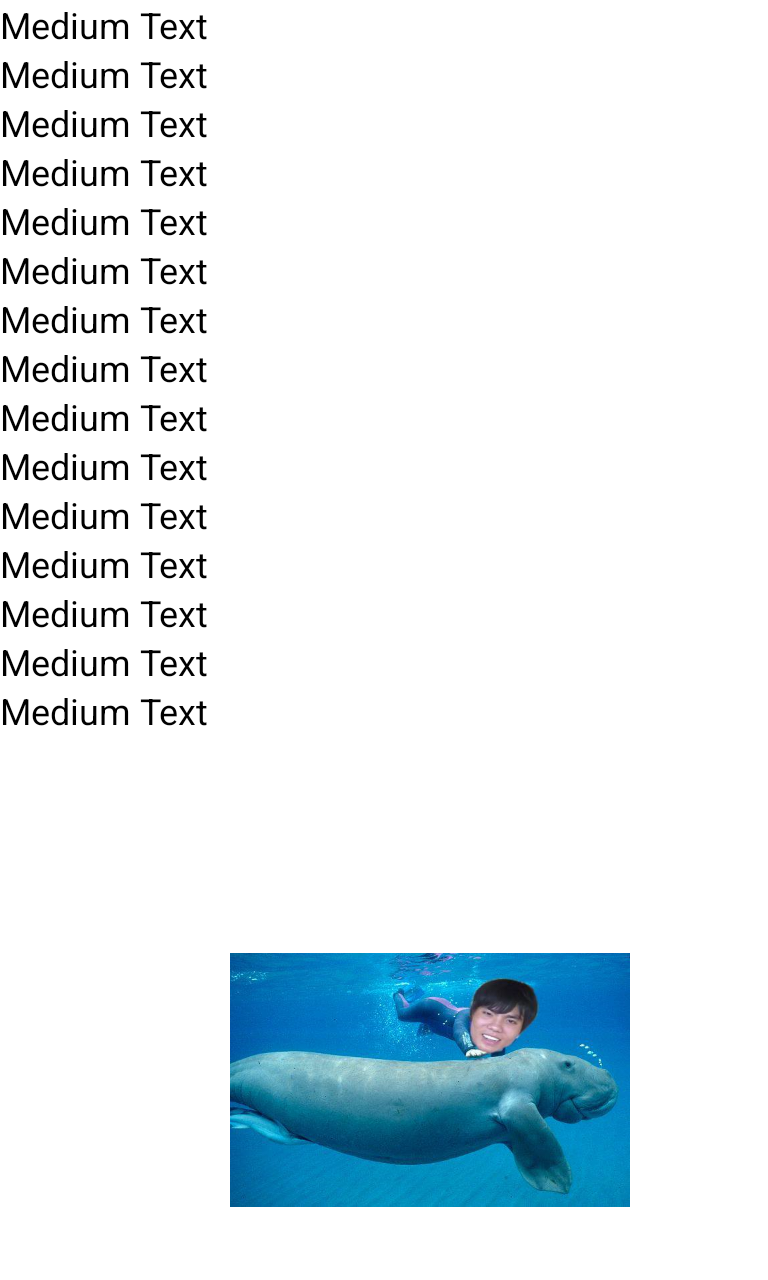
Repository: hieu19926/Non_cable_networking
Layout: SecondGraders/res/layout/mucluc.xml
An editor plug-in stored every save of this project. The layout is shown before and after the next save, followed by the edit.
It is drawn on a 768 x 1280 px phone screen (xhdpi) without system bars, with theme AppTheme; the app's code is not run.

Above is the layout before, as saved 2014-10-05 09:20:36.

### SecondGraders/res/layout/mucluc.xml
<?xml version="1.0" encoding="utf-8"?>
<RelativeLayout xmlns:android="http://schemas.android.com/apk/res/android"
    android:id="@+id/RelativeLayout1"
    android:layout_width="match_parent"
    android:layout_height="fill_parent"
    android:columnCount="2"
    android:orientation="horizontal" >

    <ScrollView
        android:id="@+id/scrollView1"
        android:layout_width="115dp"
        android:layout_height="wrap_content"
        android:layout_alignParentLeft="true"
        android:layout_alignParentTop="true"
        android:layout_gravity="left" >

        <LinearLayout
            android:layout_width="wrap_content"
            android:layout_height="match_parent"
            android:orientation="vertical" >

            <TextView
                android:id="@+id/TextView12"
                android:layout_width="wrap_content"
                android:layout_height="wrap_content"
                android:text="Medium Text"
                android:textAppearance="?android:attr/textAppearanceMedium" />

            <TextView
                android:id="@+id/TextView11"
                android:layout_width="wrap_content"
                android:layout_height="wrap_content"
                android:text="Medium Text"
                android:textAppearance="?android:attr/textAppearanceMedium" />

            <TextView
                android:id="@+id/TextView10"
                android:layout_width="wrap_content"
                android:layout_height="wrap_content"
                android:text="Medium Text"
                android:textAppearance="?android:attr/textAppearanceMedium" />

            <TextView
                android:id="@+id/TextView09"
                android:layout_width="wrap_content"
                android:layout_height="wrap_content"
                android:text="Medium Text"
                android:textAppearance="?android:attr/textAppearanceMedium" />

            <TextView
                android:id="@+id/TextView08"
                android:layout_width="wrap_content"
                android:layout_height="wrap_content"
                android:text="Medium Text"
                android:textAppearance="?android:attr/textAppearanceMedium" />

            <TextView
                android:id="@+id/TextView07"
                android:layout_width="wrap_content"
                android:layout_height="wrap_content"
                android:text="Medium Text"
                android:textAppearance="?android:attr/textAppearanceMedium" />

            <TextView
                android:id="@+id/TextView06"
                android:layout_width="wrap_content"
                android:layout_height="wrap_content"
                android:text="Medium Text"
                android:textAppearance="?android:attr/textAppearanceMedium" />

            <TextView
                android:id="@+id/TextView05"
                android:layout_width="wrap_content"
                android:layout_height="wrap_content"
                android:text="Medium Text"
                android:textAppearance="?android:attr/textAppearanceMedium" />

            <TextView
                android:id="@+id/TextView04"
                android:layout_width="wrap_content"
                android:layout_height="wrap_content"
                android:text="Medium Text"
                android:textAppearance="?android:attr/textAppearanceMedium" />

            <TextView
                android:id="@+id/TextView03"
                android:layout_width="wrap_content"
                android:layout_height="wrap_content"
                android:text="Medium Text"
                android:textAppearance="?android:attr/textAppearanceMedium" />

            <TextView
                android:id="@+id/TextView02"
                android:layout_width="wrap_content"
                android:layout_height="wrap_content"
                android:text="Medium Text"
                android:textAppearance="?android:attr/textAppearanceMedium" />

            <TextView
                android:id="@+id/TextView01"
                android:layout_width="wrap_content"
                android:layout_height="wrap_content"
                android:text="Medium Text"
                android:textAppearance="?android:attr/textAppearanceMedium" />

            <TextView
                android:id="@+id/textView1"
                android:layout_width="wrap_content"
                android:layout_height="wrap_content"
                android:text="Medium Text"
                android:textAppearance="?android:attr/textAppearanceMedium" />

            <TextView
                android:id="@+id/textView2"
                android:layout_width="wrap_content"
                android:layout_height="wrap_content"
                android:text="Medium Text"
                android:textAppearance="?android:attr/textAppearanceMedium" />

            <TextView
                android:id="@+id/textView3"
                android:layout_width="wrap_content"
                android:layout_height="wrap_content"
                android:text="Medium Text"
                android:textAppearance="?android:attr/textAppearanceMedium" />
        </LinearLayout>
    </ScrollView>

    <ImageView
        android:id="@+id/imageView1"
        android:layout_width="200dp"
        android:layout_height="200dp"
        android:layout_alignParentBottom="true"
        android:layout_toRightOf="@+id/scrollView1"
        android:src="@drawable/ca_kua" />

    <ImageView
        android:id="@+id/imageView2"
        android:layout_width="200dp"
        android:layout_height="200dp"
        android:layout_toRightOf="@+id/scrollView1"
        android:layout_below="@+id/imageView1"
        android:src="@drawable/ca_kua" />

</RelativeLayout>

Loaded but not shown: SecondGraders/res/values/styles.xml (common file); SecondGraders/res/values-v11/styles.xml (common file); SecondGraders/res/values-v14/styles.xml (common file)

After the next save:
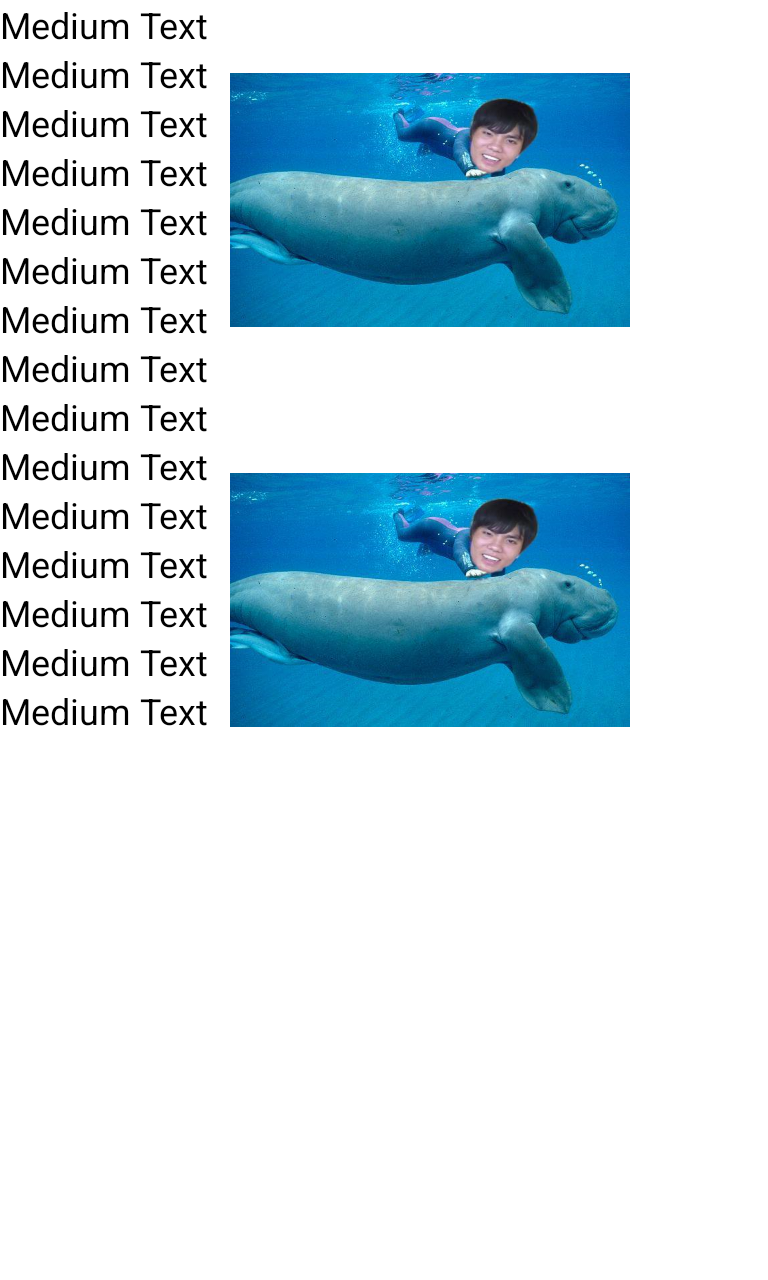
Saved 48 s later.
--- a/SecondGraders/res/layout/mucluc.xml
+++ b/SecondGraders/res/layout/mucluc.xml
@@ -130,7 +130,6 @@
         android:id="@+id/imageView1"
         android:layout_width="200dp"
         android:layout_height="200dp"
-        android:layout_alignParentBottom="true"
         android:layout_toRightOf="@+id/scrollView1"
         android:src="@drawable/ca_kua" />
 
